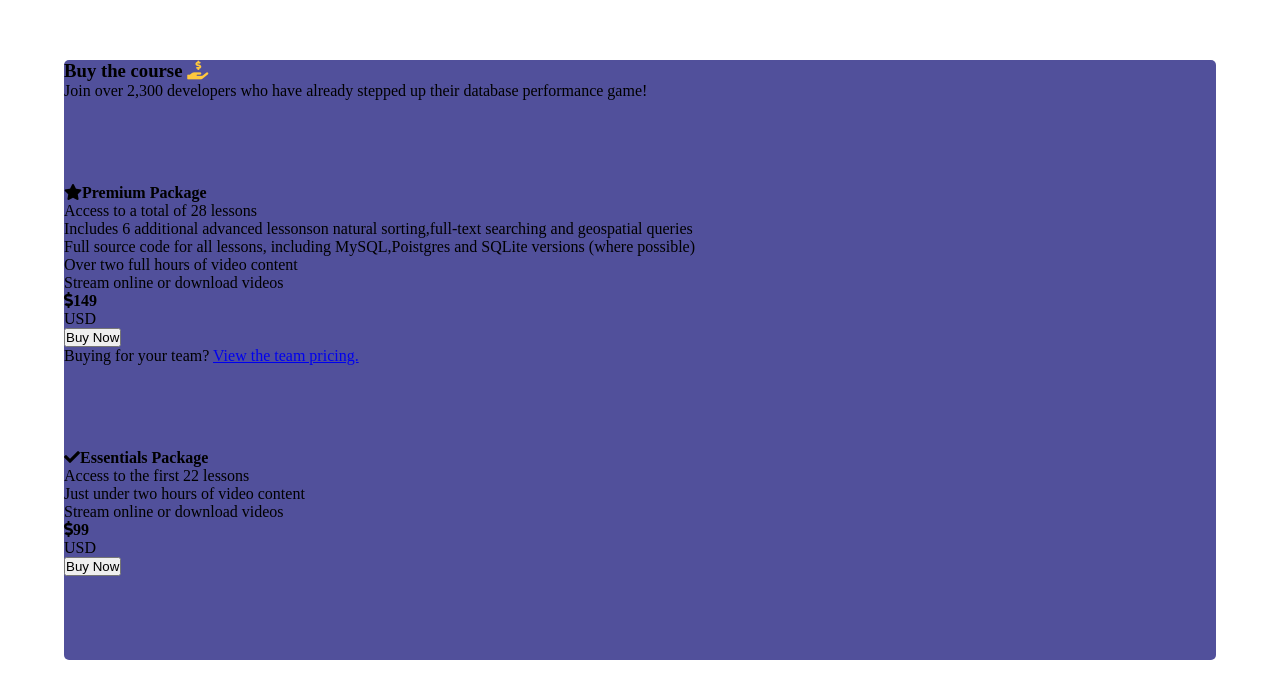
Repository: Z-ayat/Challenges
Page: Challenge 4/index.html
The author's editor kept a copy of each file at every save. The page is drawn from the files as they stood at one save, then again after the next save.
The browser window is 1280 px wide. The pictures show the whole page.

Above is the page before, as saved 2021-09-07 00:47:54.

After the next save:
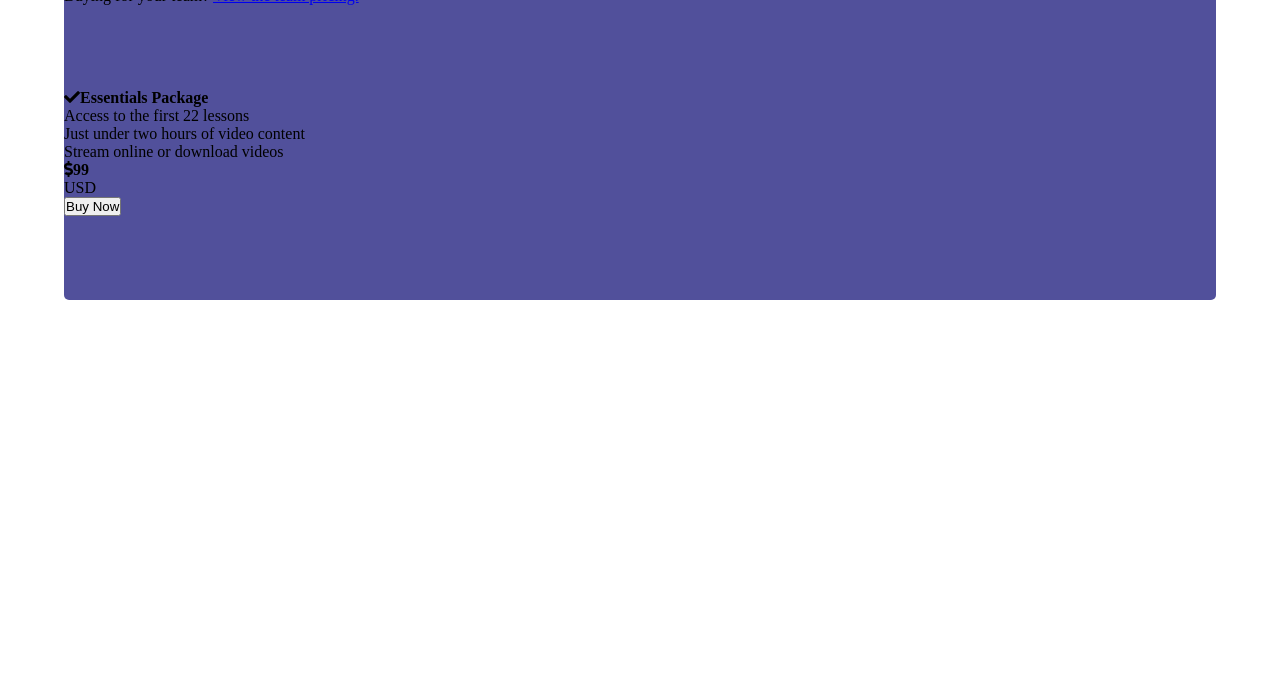
Saved 8 s later.
--- a/Challenge 4/styling/css/master.css
+++ b/Challenge 4/styling/css/master.css
@@ -12,9 +12,6 @@ body {
 
 .container {
     position: absolute;
-    top: 50%;
-    left: 50%;
-    transform: translate(-50%, -50%);
     background-color: #51509B;
     width: 90%;
     height: 600px;
